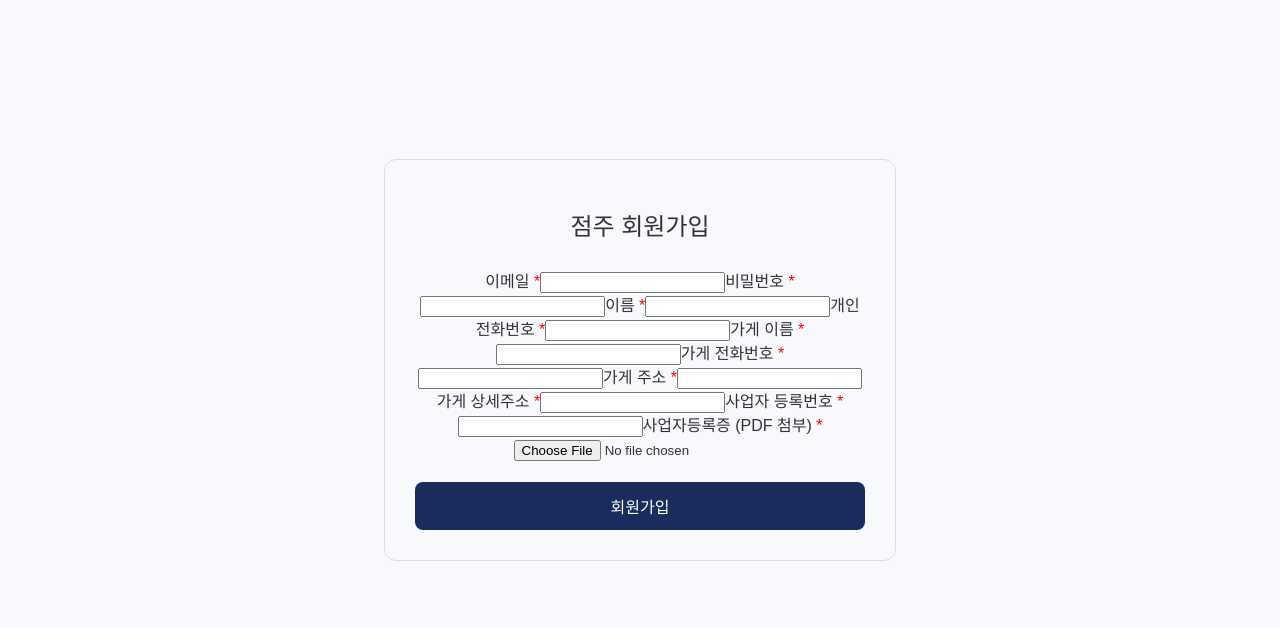
Repository: noiredex/Choplan-API
Page: /signup (app in choplan/frontend_owner/)
These files come from the project's save history. The page is drawn as it stood at one moment and after the next save; the edit follows.
The browser window is 1280 px wide. The pictures show the whole page.
The page's requests for data from a server got no answer. The project was rebuilt for these pictures with package versions that can differ from the ones it lists, and the page was loaded fresh each time. No one was signed in, and anything a server would have sent is missing. Also part of the build but not shown: choplan/frontend_owner/vite.config.js, choplan/frontend_owner/src/hooks/useAuth.js, choplan/frontend_owner/src/api/ownerApi.js, choplan/frontend_owner/src/pages/LoginPage.jsx, choplan/frontend_owner/src/components/Navbar.jsx, choplan/frontend_owner/src/components/Sidebar.jsx, choplan/frontend_owner/src/components/LoadingSpinner.jsx, choplan/frontend_owner/src/pages/DashboardPage.jsx and 1 more.

Above is the page before, as saved 2025-10-16 15:20:34.

### choplan/frontend_owner/index.html
<!doctype html>
<html lang="en">
  <head>
    <meta charset="UTF-8" />
    <link rel="icon" type="image/svg+xml" href="/vite.svg" />
    <meta name="viewport" content="width=device-width, initial-scale=1.0" />
    <title>frontend_owner</title>
  </head>
  <body>
    <div id="root"></div>
    <script type="module" src="/src/main.jsx"></script>
  </body>
</html>

### choplan/frontend_owner/src/App.jsx
import { BrowserRouter as Router, Routes, Route } from "react-router-dom";
import { AuthProvider } from "./contexts/AuthContext";
import LoginPage from "./pages/LoginPage";
import SignupPage from "./pages/SignupPage";
import DashboardPage from "./pages/DashboardPage";
import StoreManagePage from "./pages/StoreManagePage";
import "./App.css";
import "./styles/global.css";

export default function App() {
  return (
    <AuthProvider>
      <Router>
        <Routes>
          <Route path="/" element={<LoginPage />} />
          <Route path="/signup" element={<SignupPage />} />
          <Route path="/dashboard" element={<DashboardPage />} />
          <Route path="/store" element={<StoreManagePage />} />
        </Routes>
      </Router>
    </AuthProvider>
  );
}

### choplan/frontend_owner/src/contexts/AuthContext.jsx
// 점주 로그인 및 인증 관련 Context
import { createContext, useState, useEffect } from "react";

export const AuthContext = createContext();

export const AuthProvider = ({ children }) => {
    const [token, setToken] = useState(localStorage.getItem("accessToken") || null);

    useEffect(() => {
        if (token) localStorage.setItem("accessToken", token);
        else localStorage.removeItem("accessToken");
    }, [token]);

    const logout = () => {
        setToken(null);
        localStorage.removeItem("accessToken");
    };

    return (
        <AuthContext.Provider value={{ token, setToken, logout }}>
            {children}
            </AuthContext.Provider>
    );
};

### choplan/frontend_owner/src/pages/SignupPage.jsx
// 점주 회원가입 페이지 백앤드와 동일한 조건으로 수정
// 사업자등록증은 PDF 파일로 별도첨부
// 회원가입시 작성해야 하는 필수 항목 별도 표기

import React, { useState } from "react";
import axios from "../api/axiosInstance";

const SignupPage = () => {
  const [formData, setFormData] = useState({
    email: "",
    password: "",
    realName: "",
    phone: "",
    storeName: "",
    storePhone: "",
    roadAddress: "",
    detailAddress: "",
    businessNumber: "",
    businessRegistrationDoc: null,
  });

  const handleChange = (e) => {
    const { name, value, files } = e.target;
    if (name === "businessRegistrationDoc") {
      setFormData({ ...formData, [name]: files[0] });
    } else {
      setFormData({ ...formData, [name]: value });
    }
  };

  const handleSubmit = async (e) => {
    e.preventDefault();

    const data = new FormData();
    Object.keys(formData).forEach((key) => {
      if (formData[key] !== null) {
        data.append(key, formData[key]);
      }
    });

    try {
      const response = await axios.post("/auth/owner/signup", data, {
        headers: { "Content-Type": "multipart/form-data" },
      });
      alert(response.data.message || "회원가입 성공!");
    } catch (error) {
      alert(
        error.response?.data?.message || "회원가입 중 오류가 발생했습니다."
      );
    }
  };

  return (
    <div
      style={{
        maxWidth: "450px",
        margin: "40px auto",
        padding: "30px",
        border: "1px solid #ddd",
        borderRadius: "12px",
      }}
    >
      <h2 style={{ textAlign: "center", marginBottom: "25px" }}>점주 회원가입</h2>

      <form onSubmit={handleSubmit} encType="multipart/form-data">
        <label>
          이메일<span style={{ color: "red" }}> *</span>
        </label>
        <input
          type="email"
          name="email"
          value={formData.email}
          onChange={handleChange}
          required
        />

        <label>
          비밀번호<span style={{ color: "red" }}> *</span>
        </label>
        <input
          type="password"
          name="password"
          value={formData.password}
          onChange={handleChange}
          required
        />

        <label>
          이름<span style={{ color: "red" }}> *</span>
        </label>
        <input
          type="text"
          name="realName"
          value={formData.realName}
          onChange={handleChange}
          required
        />

        <label>
          개인 전화번호<span style={{ color: "red" }}> *</span>
        </label>
        <input
          type="text"
          name="phone"
          value={formData.phone}
          onChange={handleChange}
          required
        />

        <label>
          가게 이름<span style={{ color: "red" }}> *</span>
        </label>
        <input
          type="text"
          name="storeName"
          value={formData.storeName}
          onChange={handleChange}
          required
        />

        <label>
          가게 전화번호<span style={{ color: "red" }}> *</span>
        </label>
        <input
          type="text"
          name="storePhone"
          value={formData.storePhone}
          onChange={handleChange}
          required
        />

        <label>
          가게 주소<span style={{ color: "red" }}> *</span>
        </label>
        <input
          type="text"
          name="roadAddress"
          value={formData.roadAddress}
          onChange={handleChange}
          required
        />

        <label>
          가게 상세주소<span style={{ color: "red" }}> *</span>
        </label>
        <input
          type="text"
          name="detailAddress"
          value={formData.detailAddress}
          onChange={handleChange}
          required
        />

        <label>
          사업자 등록번호<span style={{ color: "red" }}> *</span>
        </label>
        <input
          type="text"
          name="businessNumber"
          value={formData.businessNumber}
          onChange={handleChange}
          required
        />

        <label>
          사업자등록증 (PDF 첨부)
          <span style={{ color: "red" }}> *</span>
        </label>
        <input
          type="file"
          name="businessRegistrationDoc"
          accept="application/pdf"
          onChange={handleChange}
          required
        />

        <button
          type="submit"
          style={{
            width: "100%",
            marginTop: "20px",
            padding: "12px",
            backgroundColor: "#1a2c5b",
            color: "white",
            fontWeight: "bold",
            border: "none",
            borderRadius: "8px",
            cursor: "pointer",
          }}
        >
          회원가입
        </button>
      </form>
    </div>
  );
};

export default SignupPage;

### choplan/frontend_owner/src/styles/global.css
body {
  font-family: "Pretendard", "Noto Sans KR", sans-serif;
  background-color: #f7f9fc;
  color: #333;
  margin: 0;
  padding: 0;
}

.dashboard-container {
  display: flex;
  flex-direction: column;
  height: 100vh;
}

.navbar {
  background-color: #2b3a67;
  color: white;
  padding: 12px 20px;
  display: flex;
  justify-content: space-between;
  align-items: center;
}

.logout-btn {
  background: #e94d4d;
  color: white;
  border: none;
  border-radius: 4px;
  padding: 6px 12px;
  cursor: pointer;
}

.sidebar {
  width: 200px;
  background-color: #f1f1f1;
  padding: 20px;
  height: calc(100vh - 50px);
}

.main-content {
  display: flex;
  flex: 1;
}

.page-content {
  flex: 1;
  padding: 20px;
}

.active-link {
  font-weight: bold;
  color: #2b3a67;
}

.spinner-container {
  display: flex;
  flex-direction: column;
  align-items: center;
  margin-top: 100px;
}

.spinner {
  border: 6px solid #ddd;
  border-top: 6px solid #2b3a67;
  border-radius: 50%;
  width: 40px;
  height: 40px;
  animation: spin 1s linear infinite;
}

.login-container,
.signup-container {
  max-width: 400px;
  margin: 100px auto;
  background: white;
  padding: 30px;
  border-radius: 8px;
  box-shadow: 0 2px 6px rgba(0, 0, 0, 0.1);
}

.login-container h2,
.signup-container h2 {
  text-align: center;
}

.login-container input,
.signup-container input {
  width: 100%;
  padding: 10px;
  margin-bottom: 12px;
  border: 1px solid #ccc;
  border-radius: 4px;
}

.login-container button,
.signup-container button {
  width: 100%;
  background-color: #2b3a67;
  color: white;
  border: none;
  border-radius: 4px;
  padding: 10px;
  cursor: pointer;
}

.login-container button:hover,
.signup-container button:hover {
  background-color: #1f2a4d;
}

.link {
  color: #2b3a67;
  text-decoration: none;
}

.link:hover {
  text-decoration: underline;
}


@keyframes spin {
  to {
    transform: rotate(360deg);
  }
}

### choplan/frontend_owner/src/api/axiosInstance.js
import axios from "axios";

const axiosInstance = axios.create({
    caseURL: import.meta.env.VITE_API_BASE_URL || "http://localhost:8080/api",
    headers: {
        "Content-Type": "application/json"
    },
});

axiosInstance.interceptors.request.use((config => {
    const token = localStorage.getItem("axxessToken");
    if (token) {
        config.headers.Authorization = `Bearer ${token}`;
    }
    return config;
}));

export default axiosInstance;

Loaded but not shown: choplan/frontend_owner/src/main.jsx (common file); choplan/frontend_owner/src/index.css (common file); choplan/frontend_owner/src/App.css (common file)

After the next save:
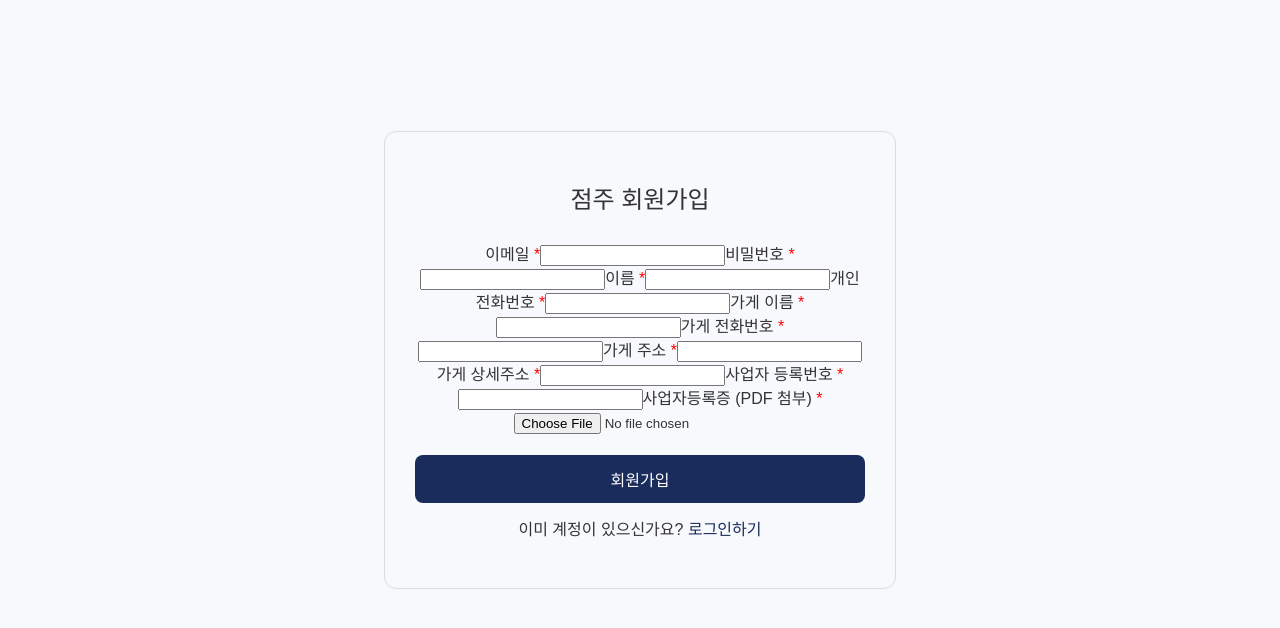
Saved 80 s later.
--- a/choplan/frontend_owner/src/pages/SignupPage.jsx
+++ b/choplan/frontend_owner/src/pages/SignupPage.jsx
@@ -1,7 +1,4 @@
-// 점주 회원가입 페이지 백앤드와 동일한 조건으로 수정
-// 사업자등록증은 PDF 파일로 별도첨부
-// 회원가입시 작성해야 하는 필수 항목 별도 표기
-
+// src/pages/SignupPage.jsx
 import React, { useState } from "react";
 import axios from "../api/axiosInstance";
 
@@ -191,6 +188,13 @@ const SignupPage = () => {
           회원가입
         </button>
       </form>
+
+      <p style={{ textAlign: "center", marginTop: "15px" }}>
+        이미 계정이 있으신가요?{" "}
+        <a href="/login" style={{ color: "#1a2c5b", textDecoration: "none" }}>
+          로그인하기
+        </a>
+      </p>
     </div>
   );
 };
